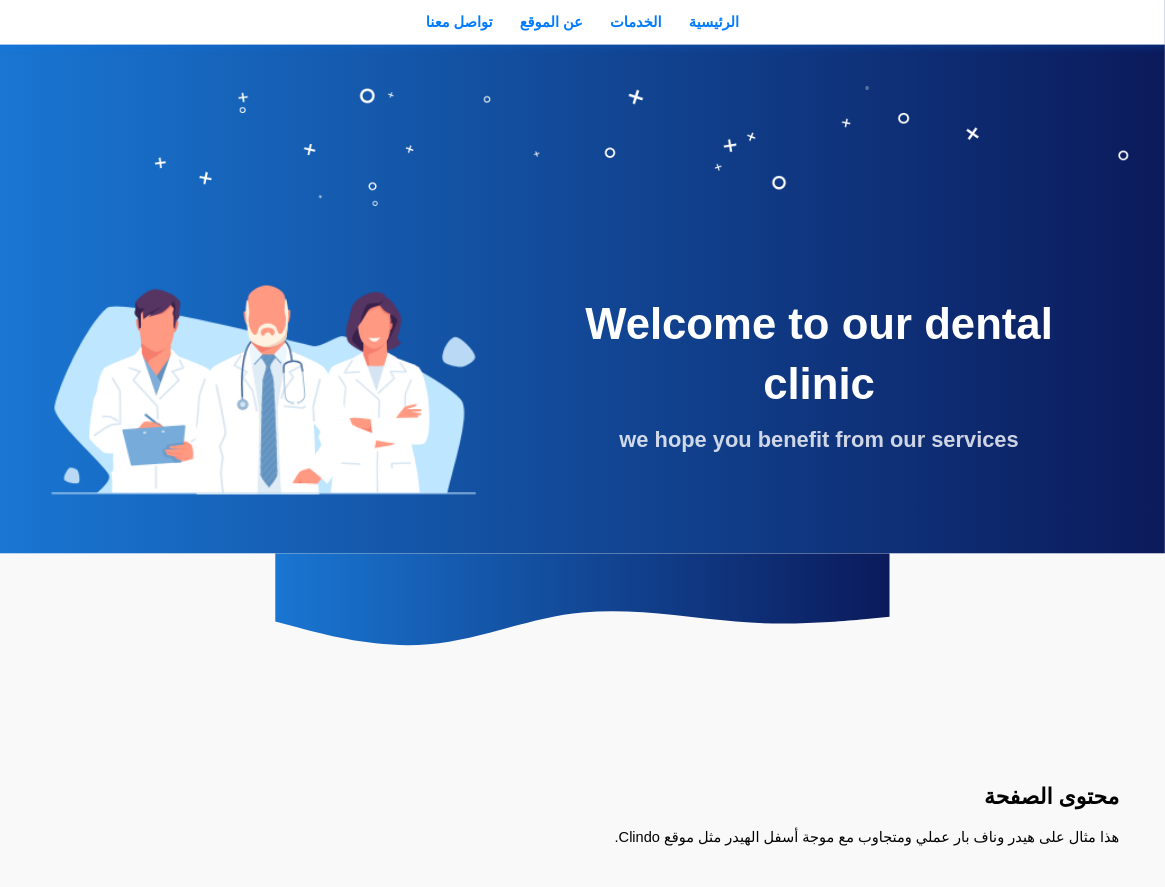
Repository: mysite4/s
Page: main/templates/home.html
These files come from the project's save history. The page is drawn as it stood at one moment and after the next save; the edit follows.
The browser window is 1280 px wide. The pictures show the whole page, at 91% of full size.
Some web fonts or font styles are not loaded; a fallback is used. The page is served by the project's application, run on Django 5.2 (manage.py). Other server files are loaded and not shown. The template is opened directly, without the code that normally fills it, so the values that code supplies are empty.

Above is the page before, as saved 2025-10-19 22:42:12.

### main/templates/home.html
{% load static %}
<!DOCTYPE html>
<html lang="ar" dir="rtl">
<head>
<meta charset="UTF-8">
<meta name="viewport" content="width=device-width, initial-scale=1.0">
<title>هيدر مثل Clindo</title>
<link href="https://fonts.googleapis.com/css2?family=Cairo:wght@200..1000&display=swap" rel="stylesheet">
<link rel="stylesheet" href="{% static 'css/style.css' %}">
</head>
<body>

<nav>
  <ul>
    <li><a href="#">الرئيسية</a></li>
    <li><a href="#">الخدمات</a></li>
    <li><a href="#">عن الموقع</a></li>
    <li><a href="#">تواصل معنا</a></li>
  </ul>
</nav>
<!-- الصورة الشفافة أسفل النافبار -->


<header>
  <div class="header-image">
  <img src="{% static 'image/44.png' %}" alt="صورة شفافة">
</div>
  <div class="header-content">
    <div class="header-text">
      <h1>Welcome to our dental clinic</h1>
      <h3>we hope you benefit from our services</h3>
    </div>
    <div class="header-icon">
      <img src="{% static 'image/r.png.png' %}" alt="ريم">
    </div>
  </div>


</header>
<!-- موجة بعد الهيدر -->
<svg class="waves" xmlns="http://www.w3.org/2000/svg" viewBox="0 0 1440 320">
  <defs>
    <linearGradient id="waveGradient" x1="0%" y1="0%" x2="100%" y2="0%">
      <stop offset="0%" style="stop-color:#1976d2;stop-opacity:1"  />
      <stop offset="100%" style="stop-color:#0b1a5b;stop-opacity:1"/>
    </linearGradient>
  </defs>
  <path fill="url(#waveGradient)"
        d="M0,160L60,176C120,192,240,224,360,213.3C480,203,600,149,720,138.7C840,128,960,149,1080,160C1200,171,1320,160,1380,154.7L1440,149L1440,0L0,0Z">
  </path>
</svg>


<main>
  <h2>محتوى الصفحة</h2>
  <p>هذا مثال على هيدر وناف بار عملي ومتجاوب مع موجة أسفل الهيدر مثل موقع Clindo.</p>
</main>

</body>
</html>

### mysite/urls.py
"""
URL configuration for mysite project.

The `urlpatterns` list routes URLs to views. For more information please see:
    https://docs.djangoproject.com/en/5.2/topics/http/urls/
Examples:
Function views
    1. Add an import:  from my_app import views
    2. Add a URL to urlpatterns:  path('', views.home, name='home')
Class-based views
    1. Add an import:  from other_app.views import Home
    2. Add a URL to urlpatterns:  path('', Home.as_view(), name='home')
Including another URLconf
    1. Import the include() function: from django.urls import include, path
    2. Add a URL to urlpatterns:  path('blog/', include('blog.urls'))
"""
from django.contrib import admin
from django.urls import path, include

urlpatterns = [
    path('admin/', admin.site.urls),
    path('', include('main.urls')),
]

### main/static/css/style.css
/* إعدادات عامة */
html, body {
  margin: 0;
  padding: 0;
  width: 100%;
  font-family: 'Cairo', sans-serif;
  background-color: #f9f9f9;
}

/* Navbar */
nav {
  width: 100%;
  background-color: #ffffff;
  box-shadow: 0 4px 8px rgba(0, 123, 255, 0.2);
  position: fixed;
  top: 0;
  z-index: 1000;
}

nav ul {
  display: flex;
  justify-content: center;
  list-style: none;
  margin: 0;
  padding: 0 30px;
}

nav ul li {
  margin: 0 15px;
}

nav ul li a {
  text-decoration: none;
  color: #007bff;
  font-weight: 600;
  padding: 15px 0;
  display: inline-block;
  transition: color 0.3s, border-bottom 0.3s;
}

nav ul li a:hover {
  color: #0056b3;
  border-bottom: 3px solid #007bff;
}

/* صورة شفافة أسفل النافبار */
.header-image {
  width: 100%;
  margin-top: 60px; /* لتجنب تغطية النافبار */
}

.header-image img {
  width: 100%;
  height: auto;
  display: block;
}

/* Header */
header {
  position: relative;
  width: 100%;
  min-height: 300px; /* ارتفاع أصغر */
  overflow: hidden;
  background: linear-gradient(to left, #0b1a5b, #1976d2); /* تدرج أفقي من اليمين لليسار */
  display: flex;
  flex-direction: column;
  justify-content: center;
  align-items: center;
  padding: 30px 0 0 0; /* تقليل المسافة العليا */
}

/* محتوى الهيدر (نصوص + صورة) */
.header-content {
  display: flex;
  flex-direction: row;
  justify-content: space-between;
  align-items: center;
  width: 100%;
  max-width: 1200px;
  padding: 20px 50px;
  margin-top: 5px;
}

.header-text {
  color: white;
  max-width: 50%;
  text-align:center;
  line-height: 1.4;
  padding: 40px;
}

.header-text h1 {
  font-size: 48px;
  margin: 0;
}

.header-text h3 {
  font-size: 24px;
  margin-top: 10px;
  color: rgba(255,255,255,0.8);
}

/* صورة الهيدر */
.header-icon img {
  width: 500px;
  height: auto;
  border-radius: 15px;
}

/* الموجة داخل الهيدر */
.waves {
  width: 100%;
  height: 150px;

}

/* محتوى الصفحة */
main {
  padding: 30px 50px;
  margin-top: 50px;
}

/* Media Queries */
@media (max-width: 992px) {
  .header-content {
    flex-direction: column;
    text-align: center;
    padding: 0 20px;
  }

  .header-text {
    max-width: 100%;
    margin-bottom: 20px;
    text-align: center;
  }

  .header-icon img {
    width: 80%;
  }

  nav ul {
    justify-content: center;
  }
}

Loaded but not shown: main/urls.py (common file)

After the next save:
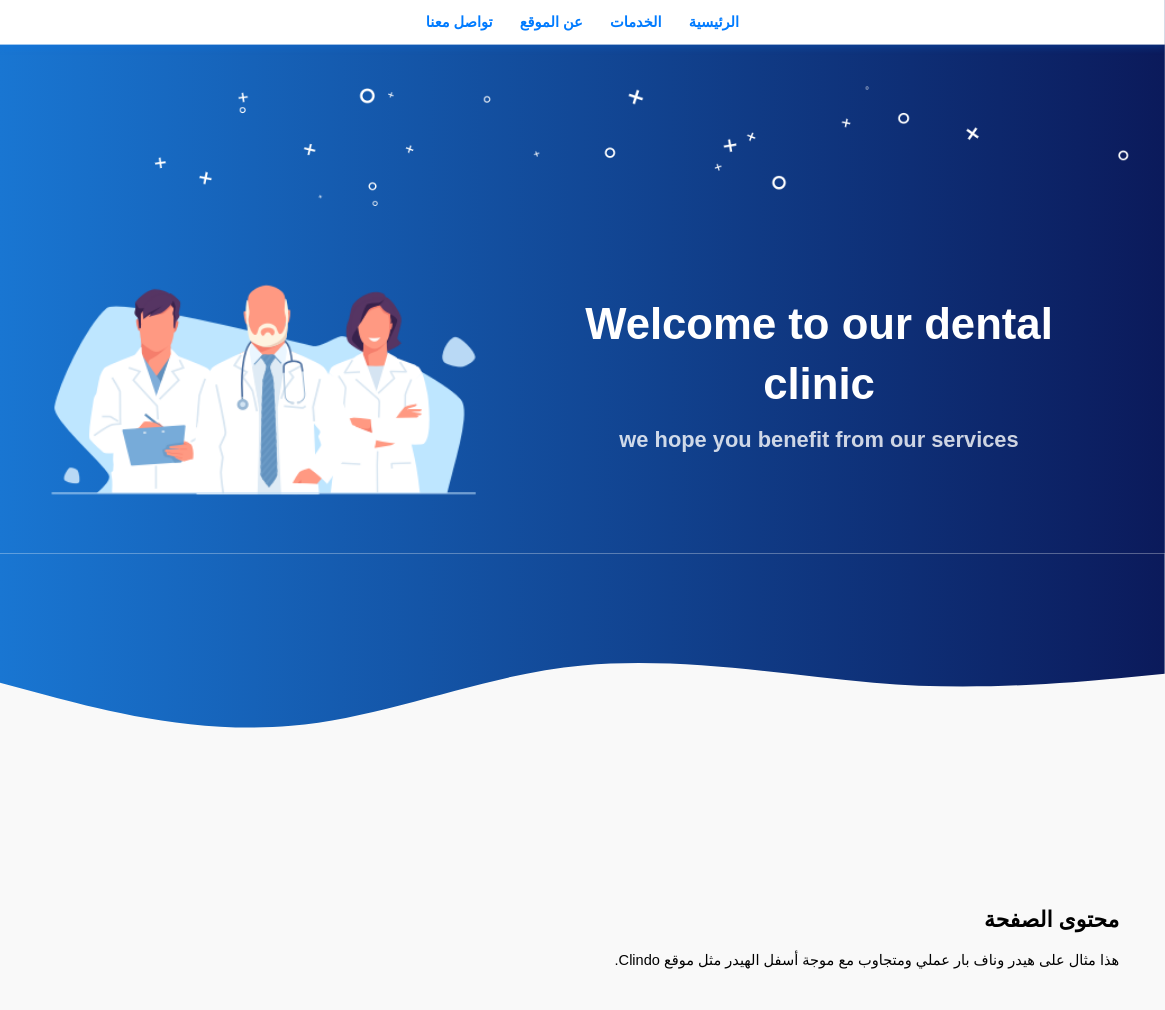
Saved 17 s later.
--- a/main/static/css/style.css
+++ b/main/static/css/style.css
@@ -107,12 +107,7 @@ header {
   border-radius: 15px;
 }
 
-/* الموجة داخل الهيدر */
-.waves {
-  width: 100%;
-  height: 150px;
 
-}
 
 /* محتوى الصفحة */
 main {
